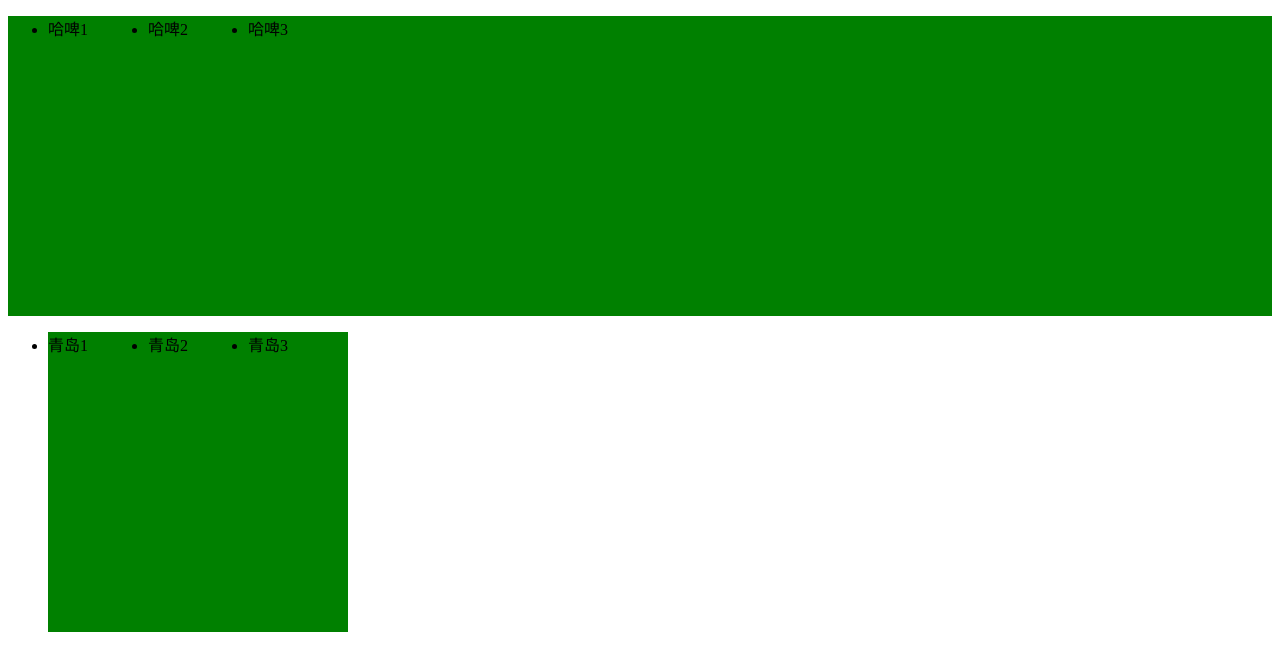
Repository: wyhzglgithub/mygitremote
Page: css/21-内墙法.html
The author's editor kept a copy of each file at every save. The page is drawn from the files as they stood at one save, then again after the next save.
The browser window is 1280 px wide. The pictures show the whole page.

Above is the page before, as saved 2021-10-13 17:32:13.

After the next save:
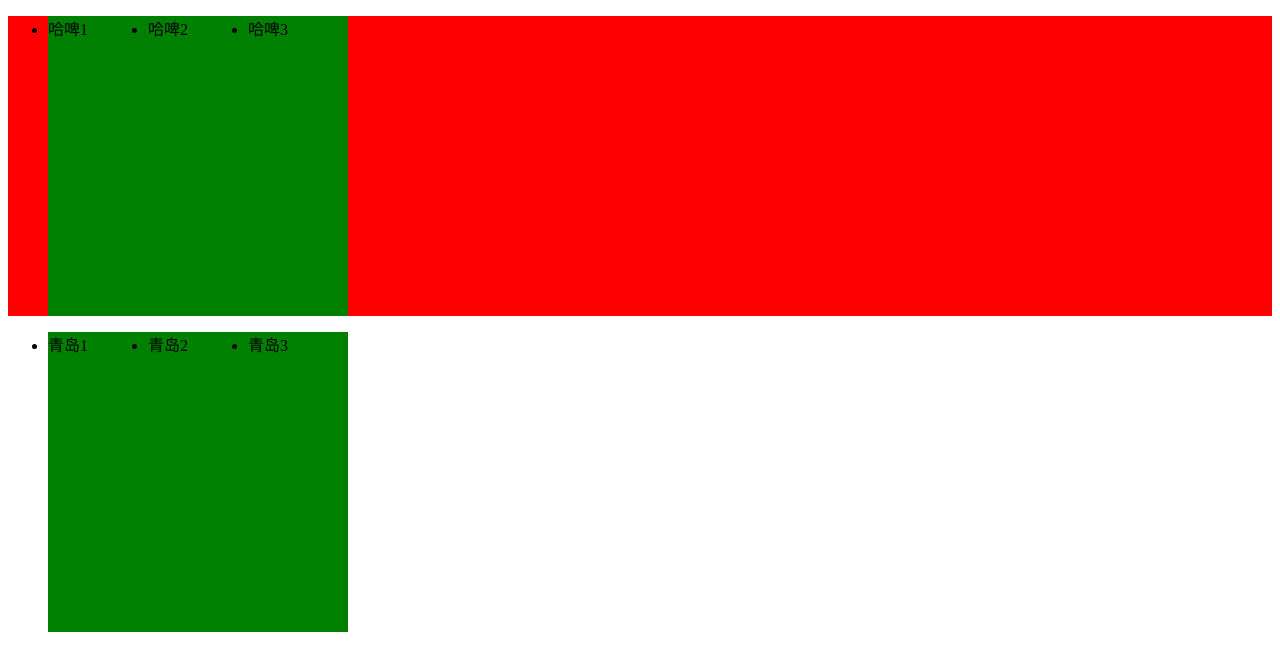
Saved 5 s later.
--- a/css/21-内墙法.html
+++ b/css/21-内墙法.html
@@ -7,7 +7,7 @@
     <title>内墙法清除浮动</title>
     <style type="text/css">
         div{
-            background-color: green;
+            background-color: red;
         }
         li{
             float: left;
